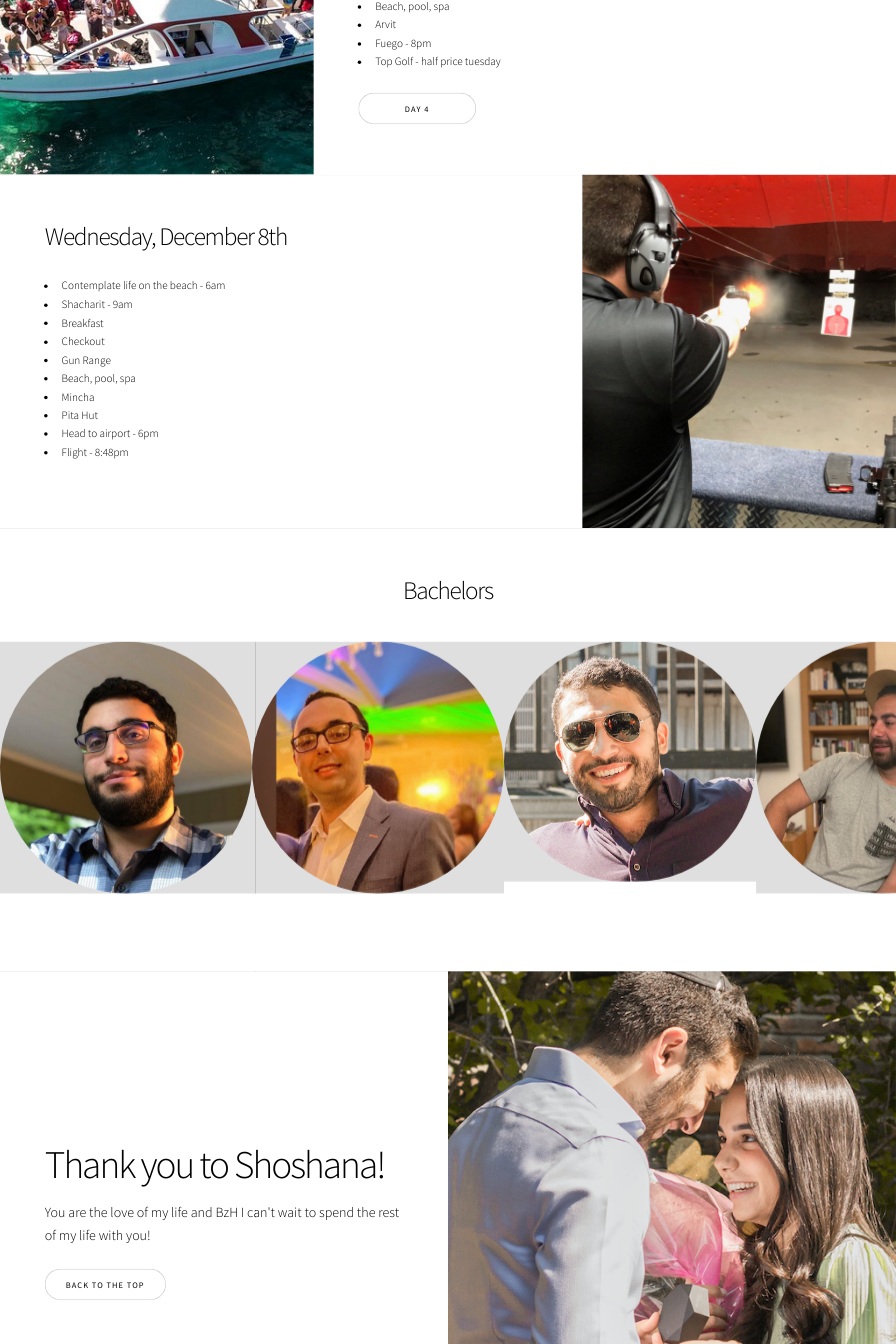
Repository: joshebrani/mybp
Page: index.html
These files come from the project's save history. The page is drawn as it stood at one moment and after the next save; the edit follows.
The browser window is 1280 px wide. The pictures show the part of the page from y = 2038 to 3958 px (the page is 4146 px tall before and 4199 px after), at 70% of full size.

Above is the page before, as saved 2021-10-31 10:57:41.

### index.html
<!DOCTYPE HTML>
<!--
	Story by HTML5 UP
	html5up.net | @ajlkn
	Free for personal and commercial use under the CCA 3.0 license (html5up.net/license)
-->
<html>
	<head>
		<title>Josh's Bachelor Party</title>
		<meta charset="utf-8" />
		<meta name="viewport" content="width=device-width, initial-scale=1, user-scalable=no" />
		<link rel="stylesheet" href="assets/css/main.css" />
		<noscript><link rel="stylesheet" href="assets/css/noscript.css" /></noscript>
	</head>
	<body class="is-preload">

		<!-- Wrapper -->
			<div id="wrapper" class="divided">
				<!-- <h1>Huge thank you to Shoshana for allowing Josh to come! ❤️</h1> -->
				<!-- One -->
					<section class="banner style1 orient-left content-align-left image-position-right fullscreen onload-image-fade-in onload-content-fade-right">
						<div class="content">
							<h1>Josh's Miami Bachelor Party</h1>
							<p class="major">4 days of major haul.</p>
							<ul class="actions stacked">
								<li><a href="#first" class="button big wide smooth-scroll-middle">Day 1</a></li>
							</ul>
						</div>
						<div class="image">
							<img src="images/Josh.png" alt="" />
						</div>
					</section>

				<!-- Two -->
					<section class="spotlight style1 orient-right content-align-left image-position-center onscroll-image-fade-in" id="first">
						<div class="content">
							<h2>Sunday, December 5th</h2>
							<p>
								<ul>
									<li>Arrive - 10am</li>
									<li>Buy alc, snacks, and anything we need from costco</li>
									<li>Settle in hotel</li>
									<li>Hit the beach</li>
									<li>Spikeball tournament</li>
									<li>Few guys take one for the team and get pizza (or delivery)</li>
									<li>Pool and spa</li>
									<li>Arvit</li>
									<li>Go to fuego - 9pm</li>
									<li>Lincoln hookah bar </li>
								</ul>
							</p>
							<ul class="actions stacked">
								<li><a href="#second" class="button big wide smooth-scroll-middle">Day 2</a></li>
							</ul>
						</div>
						<div class="image">
							<img src="images/fuego.jpeg" alt="" />
						</div>
					</section>


				<!-- Three -->
					<section class="spotlight style1 orient-left content-align-left image-position-center onscroll-image-fade-in" id="second">
						<div class="content">
							<h2>Monday, December 6th</h2>
							<p><ul>
									<li>Shacharit - 9am</li>
									<li>Tasty beach breakfast</li>
									<li>Water park</li>
									<li>Mincha</li>
									<li>Pool, spa</li>
									<li>Arvit</li>
									<li>Backyard bbq dinner - 9pm</li>
									<li>Casino</li>
								</ul></p>
							<ul class="actions stacked">
								<li><a href="#third" class="button big wide smooth-scroll-middle">Day 3</a></li>
							</ul>
						</div>
						<div class="image">
							<img src="images/waterpark.jpeg" alt="" />
						</div>
					</section>

				<!-- Four -->
					<section class="spotlight style1 orient-right content-align-left image-position-center onscroll-image-fade-in" id="third">
						<div class="content">
							<h2>Tuesday, December 7th</h2>
							<p><ul>
									<li>Shacharit - 9am</li>
									<li>pastries and bagels from the place near the shul </li>
									<li>Boat ride</li>
									<li>Mincha</li>
									<li>Beach, pool, spa</li>
									<li>Arvit</li>
									<li>Fuego - 8pm</li>
									<li>Top Golf - half price tuesday</li>
								</ul></p>
							<ul class="actions stacked">
								<li><a href="#fourth" class="button big wide smooth-scroll-middle">Day 4</a></li>
							</ul>
						</div>
						<div class="image">
							<img src="images/boat.jpeg" alt="" />
						</div>
					</section>


					<section class="spotlight style1 orient-left content-align-left image-position-center onscroll-image-fade-in" id="fourth">
						<div class="content">
							<h2>Wednesday, December 8th</h2>
							<p><ul>
									<li>Contemplate life on the beach - 6am</li>
									<li>Shacharit - 9am</li>
									<li>Breakfast</li>
									<li>Checkout</li>
									<li>Gun Range</li>
									<li>Beach, pool, spa</li>
									<li>Mincha</li>
									<li>Pita Hut</li>
									<li>Head to airport - 6pm</li>
									<li>Flight - 8:48pm</li>
								</ul></p>
							<ul class="actions stacked">
								<!-- <li><a href="#" class="button">Learn More</a></li> -->
							</ul>
						</div>
						<div class="image">
							<img src="images/gun.jpeg" alt="" />
						</div>
					</section>

				<!-- Five -->
					<section class="wrapper style1 align-center">
						<div class="inner">
							<h2>Bachelors</h2>
							<!-- <p>Lorem ipsum dolor sit amet, consectetur adipiscing elit. Morbi id ante sed ex pharetra lacinia sit amet vel massa. Donec facilisis laoreet nulla eu bibendum. Donec ut ex risus. Fusce lorem lectus, pharetra pretium massa et, hendrerit vestibulum odio lorem ipsum.</p> -->
						</div>

						<!-- Gallery -->
							<div class="gallery style2 medium lightbox onscroll-fade-in">
								<article>
									<a href="images/Nathan.jpg" class="image">
										<img src="images/Nathan.jpg" alt="" />
									</a>
									<div class="caption">
										<h3>NaytanSong</h3>
										<p>Hes got a sick job.</p>
										<ul class="actions fixed">
											<li><span class="button small">View</span></li>
										</ul>
									</div>
								</article>
								<article>
									<a href="images/aidan.jpg" class="image">
										<img src="images/aidan.jpg" alt="" />
									</a>
									<div class="caption">
										<h3>Estick</h3>
										<!-- <p>Lorem ipsum dolor amet, consectetur magna etiam elit. Etiam sed ultrices.</p> -->
										<ul class="actions fixed">
											<li><span class="button small">View</span></li>
										</ul>
									</div>
								</article>
								<article>
									<a href="images/adam.png" class="image">
										<img src="images/adam.png" alt="" />
									</a>
									<div class="caption">
										<h3>Bonoq</h3>
										<!-- <p>Lorem ipsum dolor amet, consectetur magna etiam elit. Etiam sed ultrices.</p> -->
										<ul class="actions fixed">
											<li><span class="button small">View</span></li>
										</ul>
									</div>
								</article>
								<article>
									<a href="images/ryan.jpg" class="image">
										<img src="images/ryan.jpg" alt="" />
									</a>
									<div class="caption">
										<h3>Fatman</h3>
										<p>He likes men. In specific, Nathan.</p>
										<ul class="actions fixed">
											<li><span class="button small">View</span></li>
										</ul>
									</div>
								</article>
								<article>
									<a href="images/shawn.png" class="image">
										<img src="images/shawn.png" alt="" />
									</a>
									<div class="caption">
										<h3>Buffalo</h3>
										<p>He love turtles.</p>
										<ul class="actions fixed">
											<li><span class="button small">View</span></li>
										</ul>
									</div>
								</article>
								<article>
									<a href="images/kohanim.png" class="image">
										<img src="images/kohanim.png" alt="" />
									</a>
									<div class="caption">
										<h3>Kohanim</h3>
										<!-- <p>Lorem ipsum dolor amet, consectetur magna etiam elit. Etiam sed ultrices.</p> -->
										<ul class="actions fixed">
											<li><span class="button small">View</span></li>
										</ul>
									</div>
								</article>
								<article>
									<a href="images/Yisrael.jpg" class="image">
										<img src="images/Yisrael.jpg" alt="" />
									</a>
									<div class="caption">
										<h3>Yisrael</h3>
										<p>He loves to tell stories.</p>
										<ul class="actions fixed">
											<li><span class="button small">View</span></li>
										</ul>
									</div>
								</article>
								<article>
									<a href="images/mike.png" class="image">
										<img src="images/mike.png" alt="" />
									</a>
									<div class="caption">
										<h3>Mashiach</h3>
										<p>He has a master plan.</p>
										<ul class="actions fixed">
											<li><span class="button small">View</span></li>
										</ul>
									</div>
								</article>

								<article>
									<a href="images/shamaya.jpg" class="image">
										<img src="images/shamaya.jpg" alt="" />
									</a>
									<div class="caption">
										<h3>Shamaya</h3>
										<!-- <p>Lorem ipsum dolor amet, consectetur magna etiam elit. Etiam sed ultrices.</p> -->
										<ul class="actions fixed">
											<li><span class="button small">View</span></li>
										</ul>
									</div>
								</article>
								<article>
									<a href="images/jon.png" class="image">
										<img src="images/jon.png" alt="" />
									</a>
									<div class="caption">
										<h3>RJL</h3>
										<!-- <p>Lorem ipsum dolor amet, consectetur magna etiam elit. Etiam sed ultrices.</p> -->
										<ul class="actions fixed">
											<li><span class="button small">View</span></li>
										</ul>
									</div>
								</article>
								<article>
									<a href="images/josh2.png" class="image">
										<img src="images/josh2.png" alt="" />
									</a>
									<div class="caption">
										<h3>Spiff</h3>
										<!-- <p>Lorem ipsum dolor amet, consectetur magna etiam elit. Etiam sed ultrices.</p> -->
										<ul class="actions fixed">
											<li><span class="button small">View</span></li>
										</ul>
									</div>
								</article>
								<!-- <article>
									<a href="images/gallery/fulls/10.jpg" class="image">
										<img src="images/gallery/thumbs/10.jpg" alt="" />
									</a>
									<div class="caption">
										<h3>Sed Etiam</h3>
										<p>Lorem ipsum dolor amet, consectetur magna etiam elit. Etiam sed ultrices.</p>
										<ul class="actions fixed">
											<li><span class="button small">Details</span></li>
										</ul>
									</div>
								</article>
								<article>
									<a href="images/gallery/fulls/11.jpg" class="image">
										<img src="images/gallery/thumbs/11.jpg" alt="" />
									</a>
									<div class="caption">
										<h3>Magna Lorem</h3>
										<p>Lorem ipsum dolor amet, consectetur magna etiam elit. Etiam sed ultrices.</p>
										<ul class="actions fixed">
											<li><span class="button small">Details</span></li>
										</ul>
									</div>
								</article>
								<article>
									<a href="images/gallery/fulls/12.jpg" class="image">
										<img src="images/gallery/thumbs/12.jpg" alt="" />
									</a>
									<div class="caption">
										<h3>Ipsum Dolor</h3>
										<p>Lorem ipsum dolor amet, consectetur magna etiam elit. Etiam sed ultrices.</p>
										<ul class="actions fixed">
											<li><span class="button small">Details</span></li>
										</ul>
									</div>
								</article> -->
							</div>

					</section>
<br>
<br>
<br>
					<section class="banner style1 orient-left content-align-left image-position-right fullscreen onload-image-fade-in onload-content-fade-right">
						<div class="content">
							<h1>Thank you to Shoshana!</h1>
							<p class="major">You are the love of my life and BzH I can't wait to spend the rest of my life with you!</p>
							<ul class="actions stacked">
								<li><a href="#first" class="button big wide smooth-scroll-middle">Back to the top</a></li>
							</ul>
						</div>
						<div class="image">
							<img src="images/shosh.png" alt="" />
						</div>
					</section>

				<!-- Six -->
					<!-- <section class="wrapper style1 align-center">
						<div class="inner">
							<h2>Ipsum sed consequat</h2>
							<p>Lorem ipsum dolor sit amet, consectetur adipiscing elit. Morbi id ante sed ex pharetra lacinia sit amet vel massa. Donec facilisis laoreet nulla eu bibendum. Donec ut ex risus. Fusce lorem lectus, pharetra pretium massa et, hendrerit vestibulum odio lorem ipsum.</p>
							<div class="items style1 medium onscroll-fade-in">
								<section>
									<span class="icon style2 major fa-gem"></span>
									<h3>Lorem</h3>
									<p>Lorem ipsum dolor sit amet, consectetur adipiscing elit. Morbi dui turpis, cursus eget orci amet aliquam congue semper. Etiam eget ultrices risus nec tempor elit.</p>
								</section>
								<section>
									<span class="icon solid style2 major fa-save"></span>
									<h3>Ipsum</h3>
									<p>Lorem ipsum dolor sit amet, consectetur adipiscing elit. Morbi dui turpis, cursus eget orci amet aliquam congue semper. Etiam eget ultrices risus nec tempor elit.</p>
								</section>
								<section>
									<span class="icon solid style2 major fa-chart-bar"></span>
									<h3>Dolor</h3>
									<p>Lorem ipsum dolor sit amet, consectetur adipiscing elit. Morbi dui turpis, cursus eget orci amet aliquam congue semper. Etiam eget ultrices risus nec tempor elit.</p>
								</section>
								<section>
									<span class="icon solid style2 major fa-wifi"></span>
									<h3>Amet</h3>
									<p>Lorem ipsum dolor sit amet, consectetur adipiscing elit. Morbi dui turpis, cursus eget orci amet aliquam congue semper. Etiam eget ultrices risus nec tempor elit.</p>
								</section>
								<section>
									<span class="icon solid style2 major fa-cog"></span>
									<h3>Magna</h3>
									<p>Lorem ipsum dolor sit amet, consectetur adipiscing elit. Morbi dui turpis, cursus eget orci amet aliquam congue semper. Etiam eget ultrices risus nec tempor elit.</p>
								</section>
								<section>
									<span class="icon style2 major fa-paper-plane"></span>
									<h3>Tempus</h3>
									<p>Lorem ipsum dolor sit amet, consectetur adipiscing elit. Morbi dui turpis, cursus eget orci amet aliquam congue semper. Etiam eget ultrices risus nec tempor elit.</p>
								</section>
								<section>
									<span class="icon solid style2 major fa-desktop"></span>
									<h3>Aliquam</h3>
									<p>Lorem ipsum dolor sit amet, consectetur adipiscing elit. Morbi dui turpis, cursus eget orci amet aliquam congue semper. Etiam eget ultrices risus nec tempor elit.</p>
								</section>
								<section>
									<span class="icon solid style2 major fa-sync-alt"></span>
									<h3>Elit</h3>
									<p>Lorem ipsum dolor sit amet, consectetur adipiscing elit. Morbi dui turpis, cursus eget orci amet aliquam congue semper. Etiam eget ultrices risus nec tempor elit.</p>
								</section>
								<section>
									<span class="icon solid style2 major fa-hashtag"></span>
									<h3>Morbi</h3>
									<p>Lorem ipsum dolor sit amet, consectetur adipiscing elit. Morbi dui turpis, cursus eget orci amet aliquam congue semper. Etiam eget ultrices risus nec tempor elit.</p>
								</section>
								<section>
									<span class="icon solid style2 major fa-bolt"></span>
									<h3>Turpis</h3>
									<p>Lorem ipsum dolor sit amet, consectetur adipiscing elit. Morbi dui turpis, cursus eget orci amet aliquam congue semper. Etiam eget ultrices risus nec tempor elit.</p>
								</section>
								<section>
									<span class="icon solid style2 major fa-envelope"></span>
									<h3>Ultrices</h3>
									<p>Lorem ipsum dolor sit amet, consectetur adipiscing elit. Morbi dui turpis, cursus eget orci amet aliquam congue semper. Etiam eget ultrices risus nec tempor elit.</p>
								</section>
								<section>
									<span class="icon solid style2 major fa-leaf"></span>
									<h3>Risus</h3>
									<p>Lorem ipsum dolor sit amet, consectetur adipiscing elit. Morbi dui turpis, cursus eget orci amet aliquam congue semper. Etiam eget ultrices risus nec tempor elit.</p>
								</section>
							</div>
						</div>
					</section> -->

				<!-- Seven -->
					<!-- <section class="wrapper style1 align-center">
						<div class="inner medium">
							<h2>Get in touch</h2>
							<form method="post" action="#">
								<div class="fields">
									<div class="field half">
										<label for="name">Name</label>
										<input type="text" name="name" id="name" value="" />
									</div>
									<div class="field half">
										<label for="email">Email</label>
										<input type="email" name="email" id="email" value="" />
									</div>
									<div class="field">
										<label for="message">Message</label>
										<textarea name="message" id="message" rows="6"></textarea>
									</div>
								</div>
								<ul class="actions special">
									<li><input type="submit" name="submit" id="submit" value="Send Message" /></li>
								</ul>
							</form>

						</div>
					</section> -->

				<!-- Footer -->
					<!-- <footer class="wrapper style1 align-center">
						<div class="inner">
							<ul class="icons">
								<li><a href="#" class="icon brands style2 fa-twitter"><span class="label">Twitter</span></a></li>
								<li><a href="#" class="icon brands style2 fa-facebook-f"><span class="label">Facebook</span></a></li>
								<li><a href="#" class="icon brands style2 fa-instagram"><span class="label">Instagram</span></a></li>
								<li><a href="#" class="icon brands style2 fa-linkedin-in"><span class="label">LinkedIn</span></a></li>
								<li><a href="#" class="icon style2 fa-envelope"><span class="label">Email</span></a></li>
							</ul>
							<p>&copy; Untitled. Design: <a href="https://html5up.net">HTML5 UP</a>.</p>
						</div>
					</footer> -->

			</div>

		<!-- Scripts -->
			<script src="assets/js/jquery.min.js"></script>
			<script src="assets/js/jquery.scrollex.min.js"></script>
			<script src="assets/js/jquery.scrolly.min.js"></script>
			<script src="assets/js/browser.min.js"></script>
			<script src="assets/js/breakpoints.min.js"></script>
			<script src="assets/js/util.js"></script>
			<script src="assets/js/main.js"></script>

	</body>
</html>

Loaded but not shown: assets/css/main.css (library); assets/js/jquery.min.js (library); assets/js/jquery.scrollex.min.js (common file); assets/js/jquery.scrolly.min.js (common file); assets/js/browser.min.js (common file); assets/js/breakpoints.min.js (common file); assets/css/fontawesome-all.min.css (library); assets/js/util.js (587 lines, source omitted); assets/js/main.js (341 lines, source omitted)

After the next save:
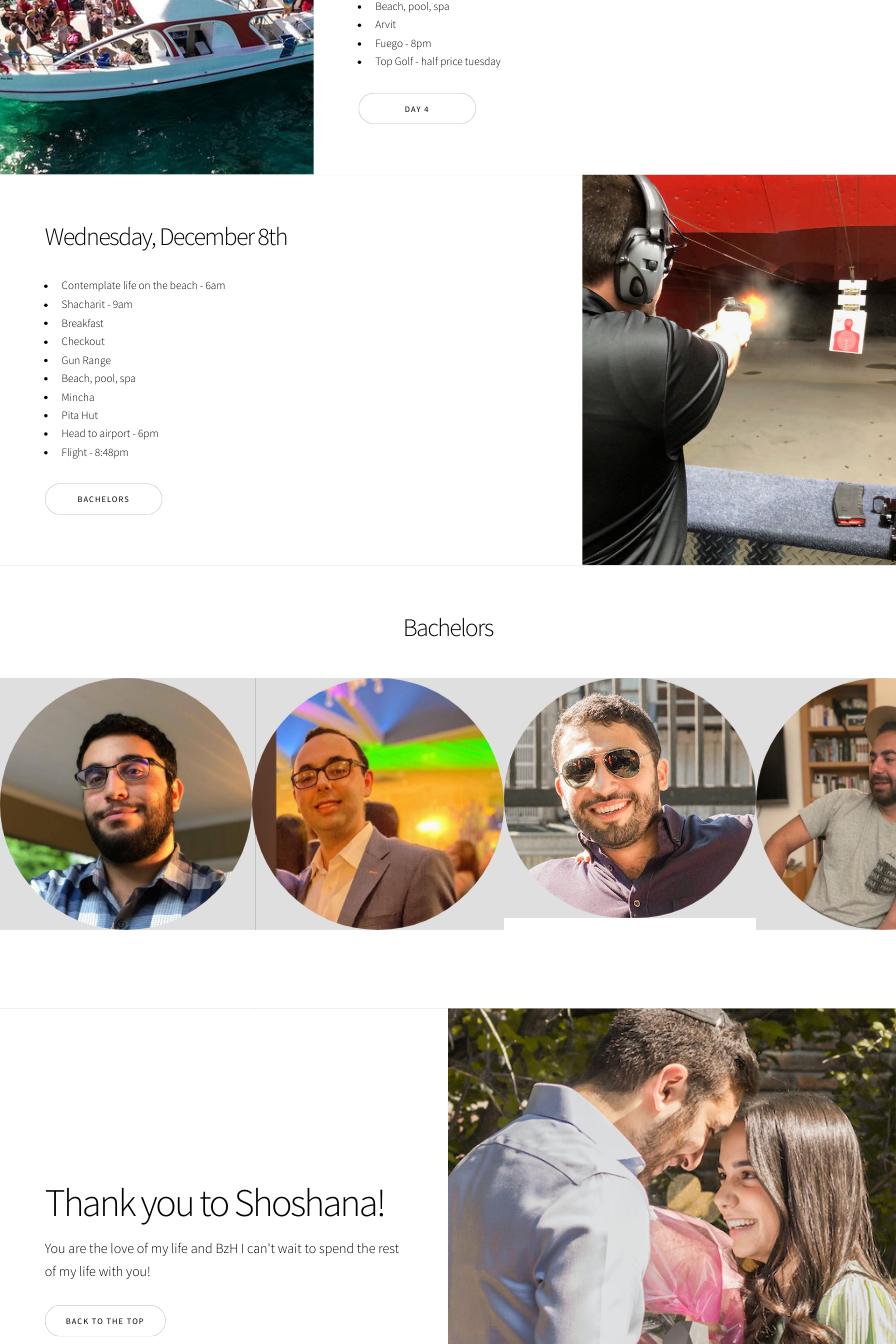
Saved 27 s later.
--- a/index.html
+++ b/index.html
@@ -122,7 +122,7 @@
 									<li>Flight - 8:48pm</li>
 								</ul></p>
 							<ul class="actions stacked">
-								<!-- <li><a href="#" class="button">Learn More</a></li> -->
+								<li><a href="#bachelors" class="button big wide smooth-scroll-middle">Bachelors</a></li>
 							</ul>
 						</div>
 						<div class="image">
@@ -131,7 +131,7 @@
 					</section>
 
 				<!-- Five -->
-					<section class="wrapper style1 align-center">
+					<section class="wrapper style1 align-center" id="bachelors">
 						<div class="inner">
 							<h2>Bachelors</h2>
 							<!-- <p>Lorem ipsum dolor sit amet, consectetur adipiscing elit. Morbi id ante sed ex pharetra lacinia sit amet vel massa. Donec facilisis laoreet nulla eu bibendum. Donec ut ex risus. Fusce lorem lectus, pharetra pretium massa et, hendrerit vestibulum odio lorem ipsum.</p> -->
